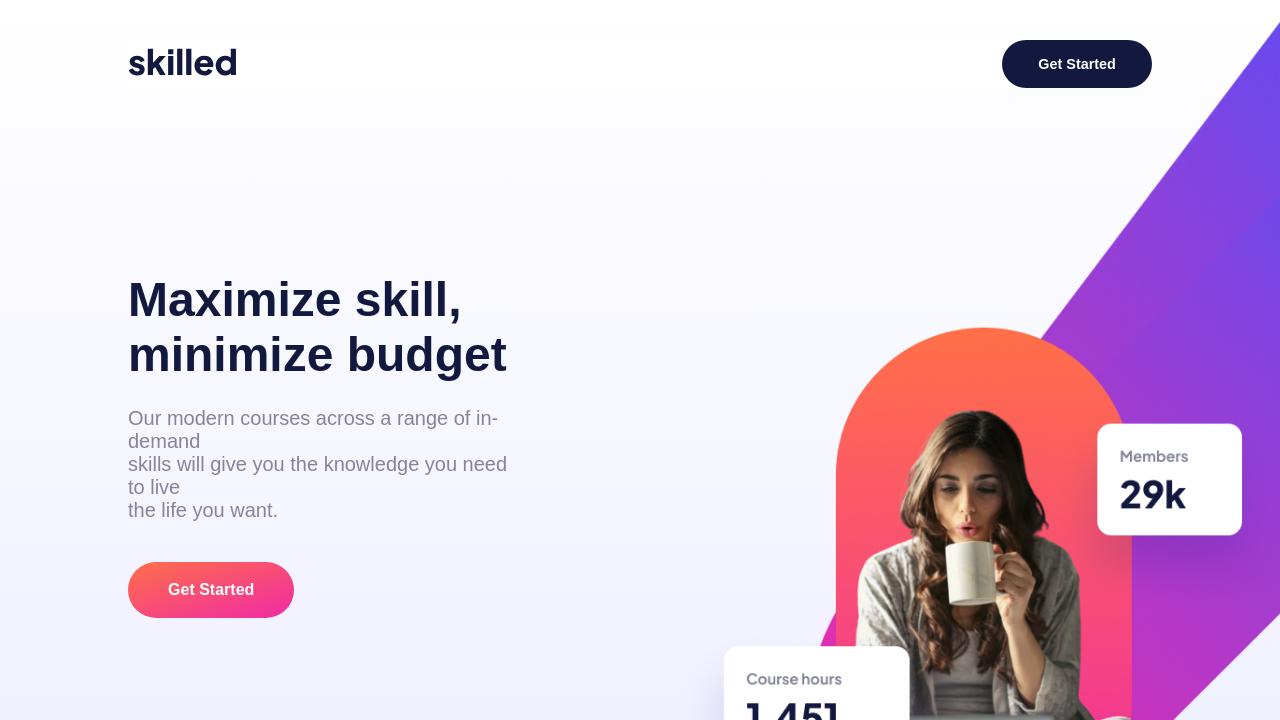
Repository: exe-walt/E-Learning-Landing-Page
Page: index.html
An editor plug-in stored every save of this project. The page is shown before and after the next save, followed by the edit.
The browser window is 1280 px wide. The pictures show the whole page.
An inner scrolling area shows only its first screen. Some web fonts or font styles are not loaded; a fallback is used.

Above is the page before, as saved 2025-05-30 17:47:34.

After the next save:
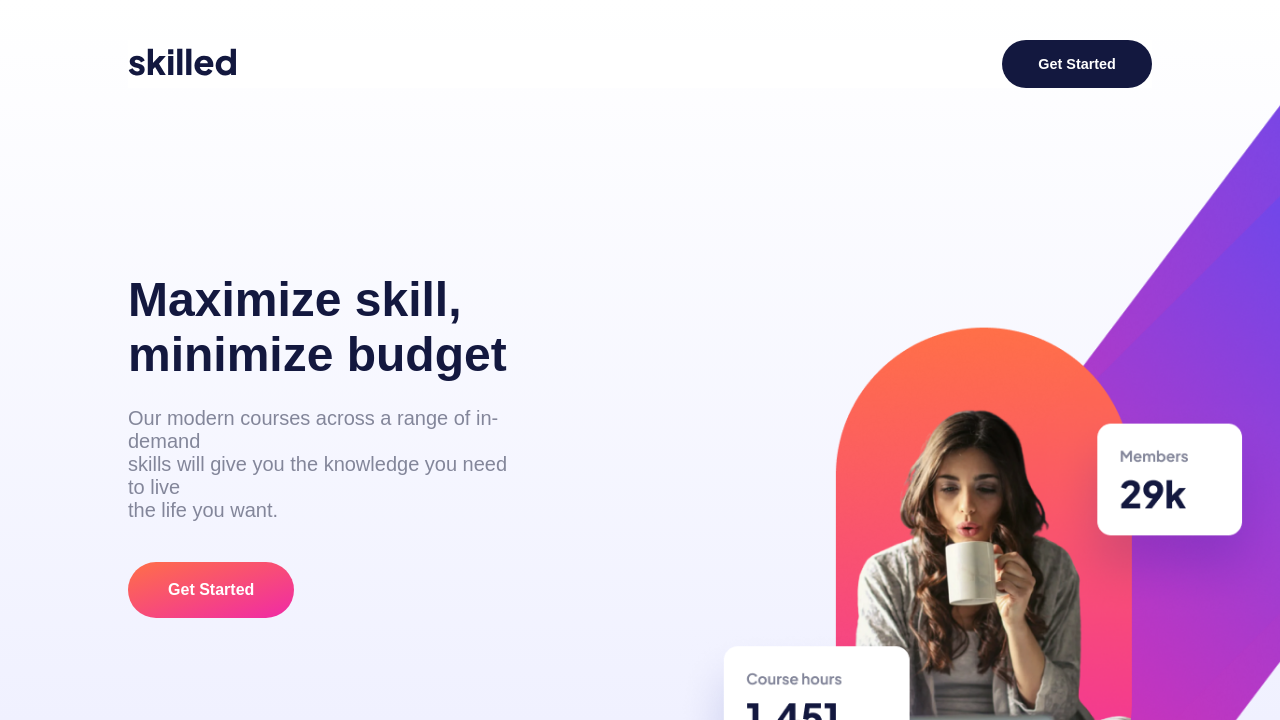
Saved 5 s later.
--- a/css/style.css
+++ b/css/style.css
@@ -86,7 +86,7 @@ body {
   height: 135%;
   position: absolute;
   top: -21.6%;
-  right: -65%;
+  right: -75%;
   z-index: 2;
 
 }
